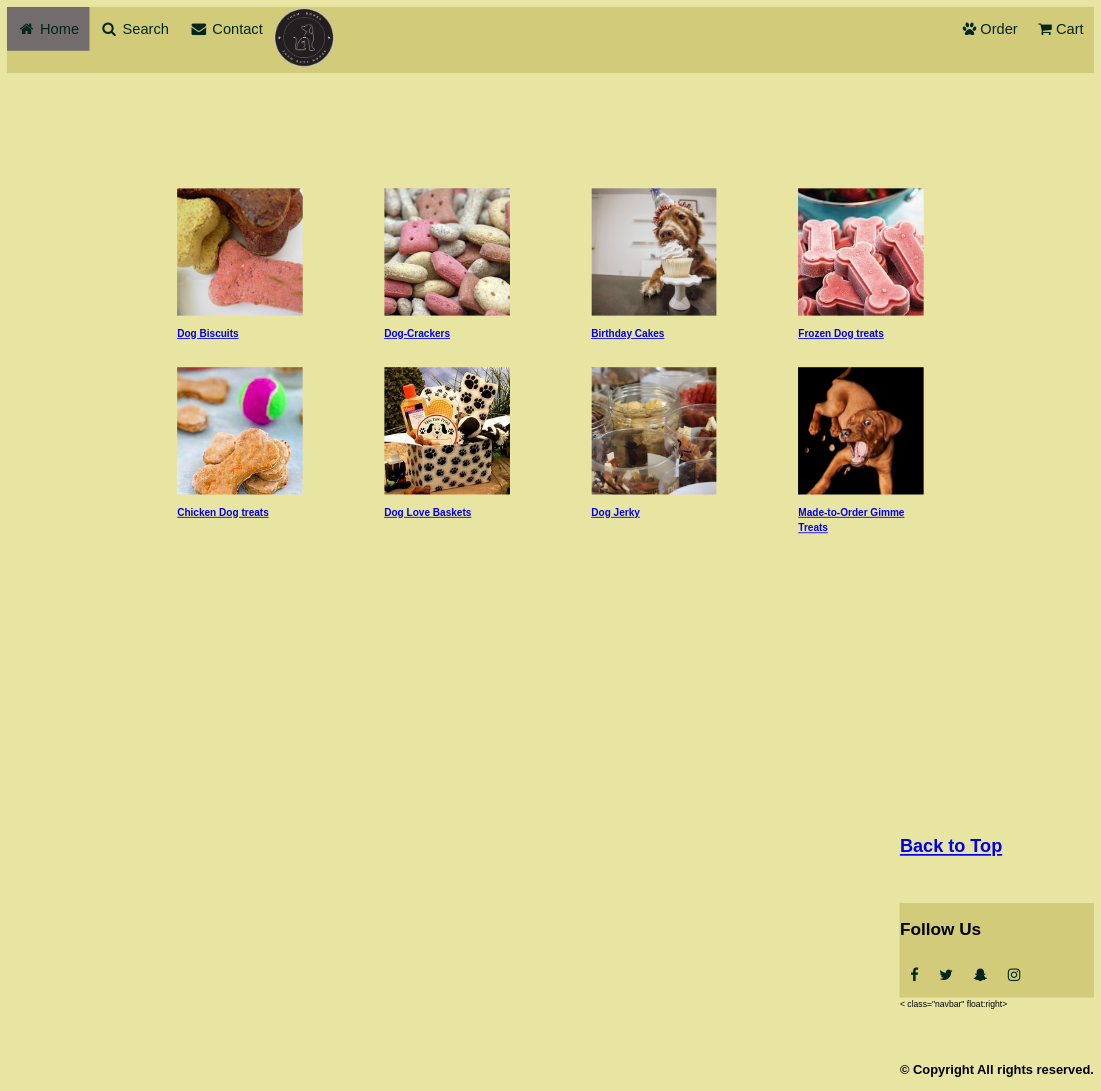
Repository: vgoins-RA2022/HTML-1
Page: index.html
These files come from the project's save history. The page is drawn as it stood at one moment and after the next save; the edit follows.
The browser window is 1280 px wide. The pictures show the whole page, at 86% of full size.

Above is the page before, as saved 2023-01-21 19:03:36.

### index.html
<!DOCTYPE html>
<html lang="en">

<head>
  <meta charset="UTF-8">
  <meta name="viewport" content="width=device-width, initial-scale=1">
  <link rel="stylesheet" href="https://cdnjs.cloudflare.com/ajax/libs/font-awesome/4.7.0/css/font-awesome.min.css">
  <link rel="stylesheet" href="../HTML-1/src/css/Style.css" type="text/css">
  <title>Simple HTML Assignment 1</title>
</head>

<header>
    <!-- setup top navigator bar. position logo, home and contact navators on the left-->
    <div class="navbar" float: left>
      <img src="src/img/them-bones-logo.png" alt="them-bones-logo" class="logo" >
      <a class="active" href="#"><i class="fa fa-fw fa-home"></i> Home</a>
      <a href="#"><i class="fa fa-fw fa-search"></i> Search</a>
      <a href="#"><i class="fa fa-fw fa-envelope"></i> Contact</a>
      <!-- position order and cart navigators on the right -->
    <div class="right"><a href="#"><i class="fa fa-paw" aria-hidden="true"></i> Order</a>
    <div class="right"><a href="#"><i class="fa fa-shopping-cart" aria-hidden="true"></i> Cart</a>
    </div>
  </header>

<body>
  <div class="container">
     <!-- set of store gallery of self-contained items enclosed in the figure tags  -->
    <div class="gallery">

      <figure class="gallery__item gallery__item--1">
            <img src="src/img/animal-dog- biscuits.jpg" alt="animal-dog-biscuits" class="gallery__img" >
              <h3 class= image-text>
                <h3><a href="#">Dog Biscuits</a></h3>
              </h3>
        </figure>
        <figure class="gallery__item gallery__item--2">
            <img src="src/img/animal-dog- crackers.jpg" alt="animal-dog-crackers" class="gallery__img">
                <h3 class= image-text>
                  <h3><a href="#">Dog-Crackers</a></h3>
                </h3>

        </figure>
        <figure class="gallery__item gallery__item--3">
            <img src="src/img/dog-happy-birthday.jpg" alt="dog-happy-birthday" class="gallery__img">
              <h3 class= image-text></h3>
                <h3><a href="#">Birthday Cakes</a></h3>
               </h3>
        </figure>
        <figure class="gallery__item gallery__item--4">
            <img src="src/img/frozen-dog-treats.jpg" alt="frozen-dog-treats" class="gallery__img">
              <h3 class= image-text>
                 <h3><a href="#">Frozen Dog treats</a></h3>
              </h3>
        </figure>
        <figure class="gallery__item gallery__item--5">
            <img src="src/img/chicken-dog-treat.jpg" alt="chicken-dog-treats" class="gallery__img">
              <h3 class= image-text>
                <h3><a href="#">Chicken Dog treats</a></h3>
              </h3>
        </figure>
        <figure class="gallery__item gallery__item--6">
            <img src="src/img/doggy-love-basket.jpg" alt="doggy-love-basket" class="gallery__img">
            <h3 class= image-text>
            <h3><a href="#">Dog Love Baskets</a></h3>
            </h3>
        </figure>
        <figure class="gallery__item gallery__item--7">
            <img src="src/img/Dog-jerkey.png" alt="dog-jerky" class="gallery__img">
            <h3 class= image-text>
              <a href="#">Dog Jerky</a></h3>
            </h3>
        </figure>
        <figure class="gallery__item gallery__item--8">
          <img src="src/img/gimme-dog treats.jpg" alt="gimme-dog-treats" class="gallery__img">
          <h3 class= image-text>
            <a href="#">Made-to-Order Gimme Treats</a>
          </h3>
        </figure>

      </div>
  </div>

  <a href="#" class="button">
    <div class="right"><span class="label"><h3>Back to Top</h3></span>
  </a>
</body>

<footer>
  <!-- <div> id="footer"</div>  footer id attribute -->

  <!-- setup navigator bar in the footer of copywright and social media icons -->

    <div class="navbar" float: left>
    <!-- <div class="left"> -->
      <h1>Follow Us</h1>
      <a href="#"><i class="fa fa-facebook"></i> </a>
      <a href="#"><i class="fa fa-twitter"></i> </a>
      <a href="#"><i class="fa fa-snapchat-ghost"></i> </a>
      <a href="#"><i class="fa fa-instagram"></i> </a>

    </div>
    < class="navbar" float:right>
        <p class="copyright"> <h2>&copy; Copyright All rights reserved.</h2> </p>
    </div>

  </footer>
</html>

### src/css/Style.css

/* align navigation bar items */
.left-menu {
  grid-column: 1;
}
.right-menu {
  grid-column: -1;
}
/* format logo position, width and height */
.logo {
  grid-column: 3;
  grid-area: logo;
  place-self: center;
  width: 10vh;
  height: 10vh;
  justify-self: center;
  background-color:#d2cc7a;
}

/* style the navigation bar */
.navbar a {
float: left;
padding-top: 70px;
padding: 12px;
color: #02261d;
text-decoration: none;
font-size: 17px;
}
/* set the size of the images */
img {
  width: 400px;
  height: 80px;
}
/* change color of navigation item when cursor hovers */
.navbar a:hover {
background-color: #8e8c8c;
}
.active {
background-color: #736c6c;
}
.left {
  float: left;
}

.right {
  float: right;
 }

.navbar a {
    float: left;
    display: block;
}

.navbar {
    width: 100%;
    background-color: #d2cc7a;
    overflow: auto;
}

.logo img {
    display: inline-block;
    vertical-align: top;
    width: 50px;
    height: 50px;
    margin-right: 20px;
    margin-top: 15px;
}



html {
  box-sizing: border-box;
  font-size: 62.5%;
}

body {
  font-family: "Nunito", sans-serif;
  background-color: rgba(216, 212, 98, 0.585);
  font-weight: 300;
  line-height: 1.6;
}

.container {
  width: 75%;
  margin: 2rem auto;
}

.gallery {
  display: grid;
  grid-template-columns: repeat(8, 1fr);
  grid-template-rows: repeat(8, 5vw);
  grid-gap: 1.5rem;
  row-gap: 40px;
}

.gallery__img {
  width: 100%;
  height: 100%;
  object-fit: cover;
  display: block;
}

.image-txt {
  margin: 3%;
  position: absolute;
  top: 20px;
  left: 50px;
}
/* set length and position of store gallery items */
.gallery__item--1 {
  grid-column: 1 / span 2;
  grid-row: 2 / span 2;
}
.gallery__item--2 {
  grid-column: 3 / span 2;
  grid-row: 2 / span 2;
}
.gallery__item--3 {
  grid-column: 5 / span 2;
  grid-row: 2 / span 2;
}
.gallery__item--4 {
  grid-column: 7 / span 2;
  grid-row: 2 / span 2;
}
.gallery__item--5 {
  grid-column: 1 / span 2;
  grid-row: 4 / span 2;
}
.gallery__item--6 {
  grid-column: 3 / span 2;
  grid-row: 4 / span 2;
}
.gallery__item--7 {
  grid-column: 5 / span 2;
  grid-row: 4 / span 2;
}
.gallery__item--8 {
  grid-column: 7 / span 2;
  grid-row: 4 / span 2;
}
/* Style the button */
.button {
  outline: none;
  padding: 10px 16px;

  cursor: pointer;
  font-size: 18px;
}


.button:hover {
  background-color: #ddd;
}

.button.active {
  background-color: #666;
  color: white;
}

.footer {
  background: #061D25;
  padding: 10px 0;
}
.footer a {
  color: #70726F;
  font-size: 20px;
  padding: 10px;
  border-right: 1px solid #70726F;
  transition: all .5s ease;
}
.flex-container {
  display: flex;
  background: #d2cc7a;
}

.copyright{
  text-align: center;
  padding-top: 24px;
  font-weight: 500;
  opacity: 0.8;
  font-size: 16px;
}
@media (max-width: 767px) {

    .h6{
      margin: 0 auto;
      text-align: center;
      margin-top: 10px;
      margin-bottom: 10px;
    }
    .ul{
      text-align: center;
    }
    .social{
        width: 100%;
        margin: 0 auto;
        text-align: center;
        padding: 40px;
        padding-bottom: 0px;
        border-top: 1px solid #eee;
        margin-top: 50px;
    }

  }

After the next save:
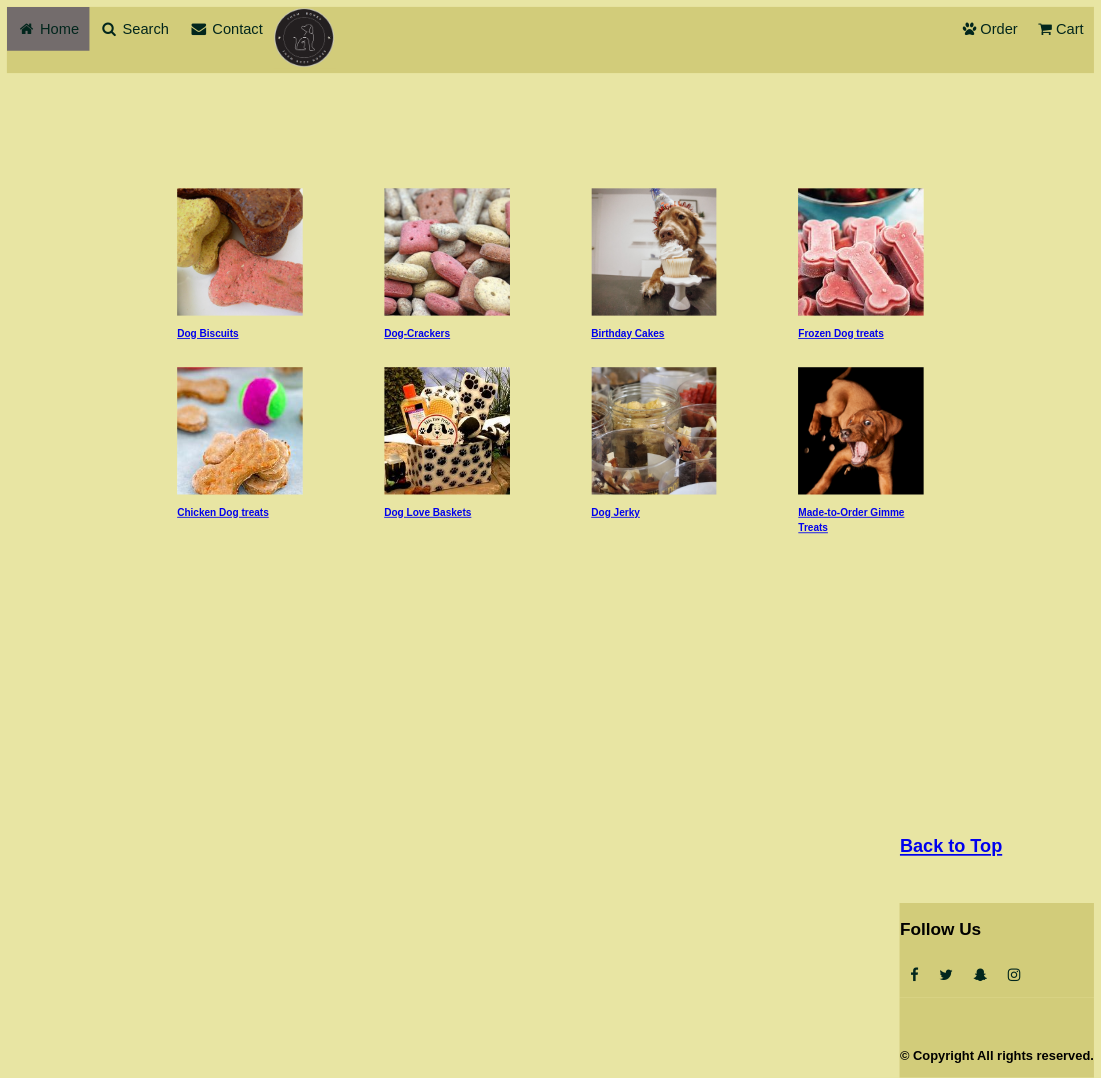
Saved 9 s later.
--- a/index.html
+++ b/index.html
@@ -99,7 +99,7 @@
       <a href="#"><i class="fa fa-instagram"></i> </a>
 
     </div>
-    < class="navbar" float:right>
+    <div class="navbar" float:right>
         <p class="copyright"> <h2>&copy; Copyright All rights reserved.</h2> </p>
     </div>
 
